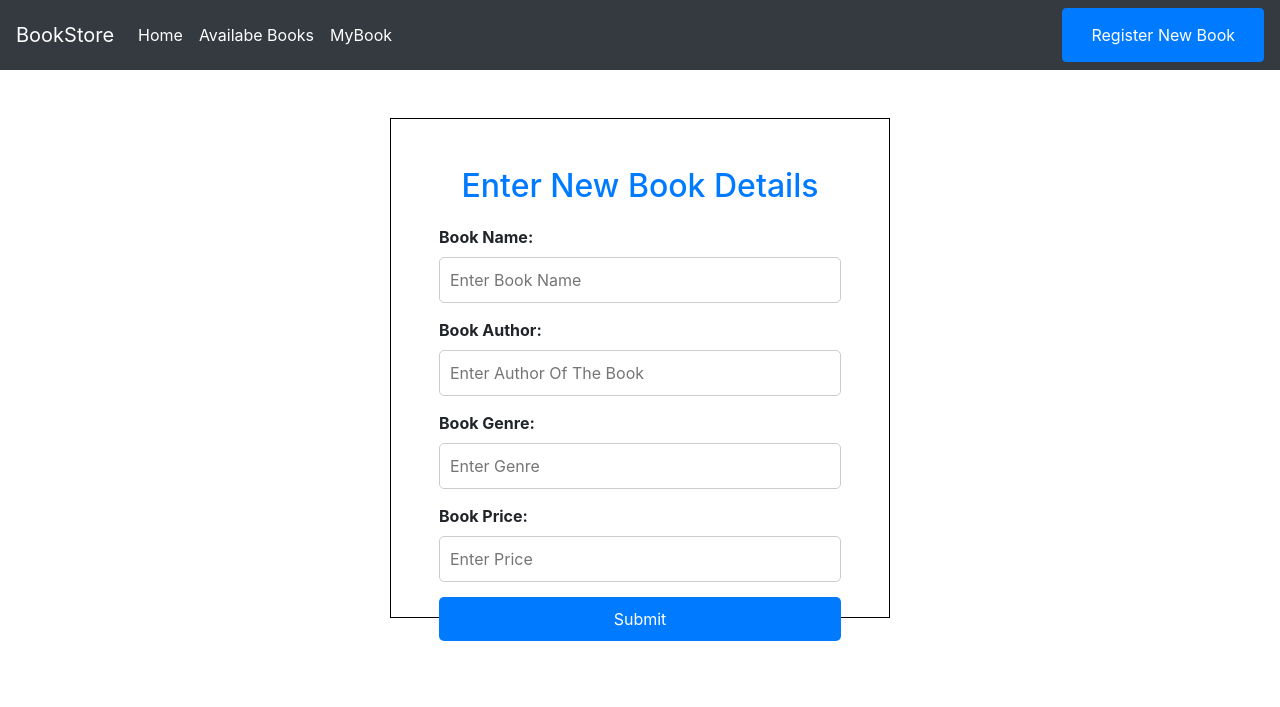
Repository: Sumanta-Sahoo/BookStoreApp
Page: bookstore/src/main/resources/static/bookRegister.html
An editor plug-in stored every save of this project. The page is shown before and after the next save, followed by the edit.
The browser window is 1280 px wide. The pictures show the whole page.

Above is the page before, as saved 2024-03-15 12:17:14.

After the next save:
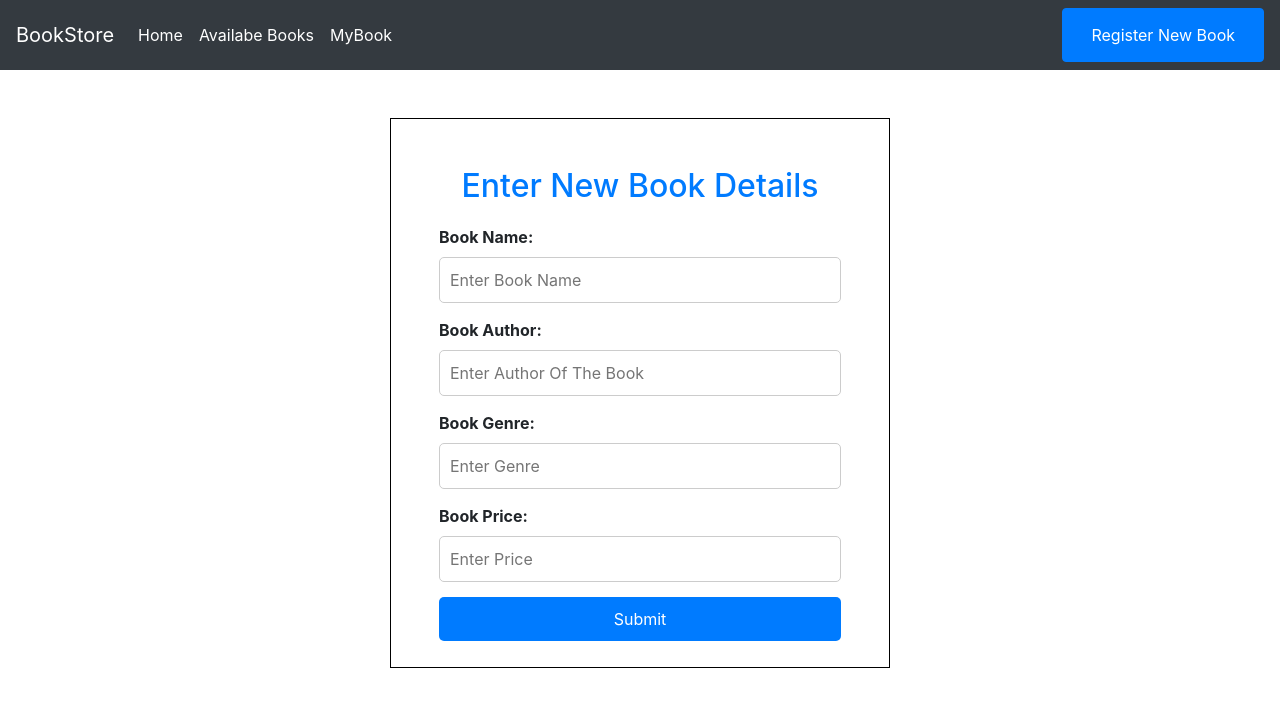
Saved 10 s later.
--- a/bookstore/src/main/resources/static/bookRegister.html
+++ b/bookstore/src/main/resources/static/bookRegister.html
@@ -41,7 +41,7 @@
 		</div>
 	</nav>
 
-	<div class="container my-5 p-5" style="border:1px solid black; width: 500px; height:500px;">
+	<div class="container my-5 p-5" style="border:1px solid black; width: 500px; height:550px;">
 
 		<h2 class="text-center" style="margin-bottom: 20px; color: #007bff;">Enter New Book Details</h2>
 
